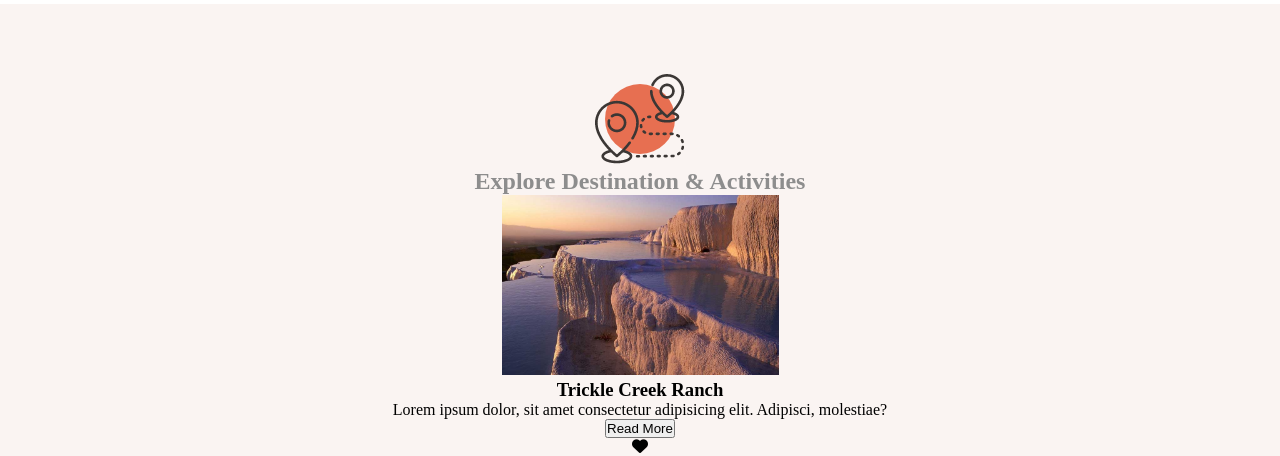
Repository: giahuy405/BC38_Camping_Pham_Gia_Huy
Page: index.html
The author's editor kept a copy of each file at every save. The page is drawn from the files as they stood at one save, then again after the next save.
The browser window is 1280 px wide. The pictures show the part of the page from y = 692 to 1166 px (the page is 1148 px tall before and 1166 px after).

Above is the page before, as saved 2022-09-13 18:59:44.

### index.html
<!DOCTYPE html>
<html lang="en">
<head>
    <meta charset="UTF-8">
    <meta http-equiv="X-UA-Compatible" content="IE=edge">
    <meta name="viewport" content="width=device-width, initial-scale=1.0">
    <title>Document</title>
    <link rel="stylesheet" href="https://cdnjs.cloudflare.com/ajax/libs/font-awesome/6.2.0/css/all.min.css" integrity="sha512-xh6O/CkQoPOWDdYTDqeRdPCVd1SpvCA9XXcUnZS2FmJNp1coAFzvtCN9BmamE+4aHK8yyUHUSCcJHgXloTyT2A==" crossorigin="anonymous" referrerpolicy="no-referrer" />
    <link rel="stylesheet" href="./css/index.css">
</head>
<body>
    <header>
       <div class="header__items">
            <img src="./img/logoicon.png" alt="">
            <nav>
                <ul>
                    <li><a href="#">Home</a></li>
                    <li><a href="#">Services</a></li>
                    <li><a href="#">Destination</a></li>
                    <li><a href="#">Events</a></li>
                    <li><a href="#">Gallery</a></li>
                    <li><a href="#">Contact us</a></li>
                </ul>
            </nav>
       </div>
    </header>
    <section class="carousel">
        <img src="./img/BG.png" alt="">
    </section>
    <section class="service">
        <img src="./img/Group 313.png" alt="">
        <h1>Explore Destination & Activities</h1>
        <div class="service__cards">
            <div class="service__card">
                <div class="service__item">
                    <img src="./img/product1.png" alt="">
                    <h3>Trickle Creek Ranch</h3>
                    <p>Lorem ipsum dolor, sit amet consectetur adipisicing elit. Adipisci, molestiae?</p>
                    <button>Read More</button>
                </div>
                <div class="service__heart">
                    <i class="fa fa-heart"></i>
                </div>
            </div>
            <div class="service__card">

            </div>
            <div class="service__card">

            </div>
            <div class="service__card">

            </div>
        </div>
    </section>
</body>
</html>

### css/index.css
*{
    padding: 0;
    margin: 0;
    box-sizing: border-box;
}
.header__items{
    width: 90%;
    margin: 0 auto;
}
header{
    background-color: #f8e1db;
}
nav{
    margin-top: 10px;
    padding-bottom: 10px;
}
nav ul{
    list-style: none;
}
nav li{
    display: inline;
    margin-right:30px;
}
nav a{
    text-decoration: none;
    color: #43403c;
}
nav a:hover{
    color: rgb(160, 5, 5);
}
.carousel img{
    height: 600px;
    width: 100%;
}
.service{
    text-align: center;
    padding-top: 70px;
    background-color: #faf4f2;
}
.service > h1{
    color: #8d8d8d;
}

After the next save:
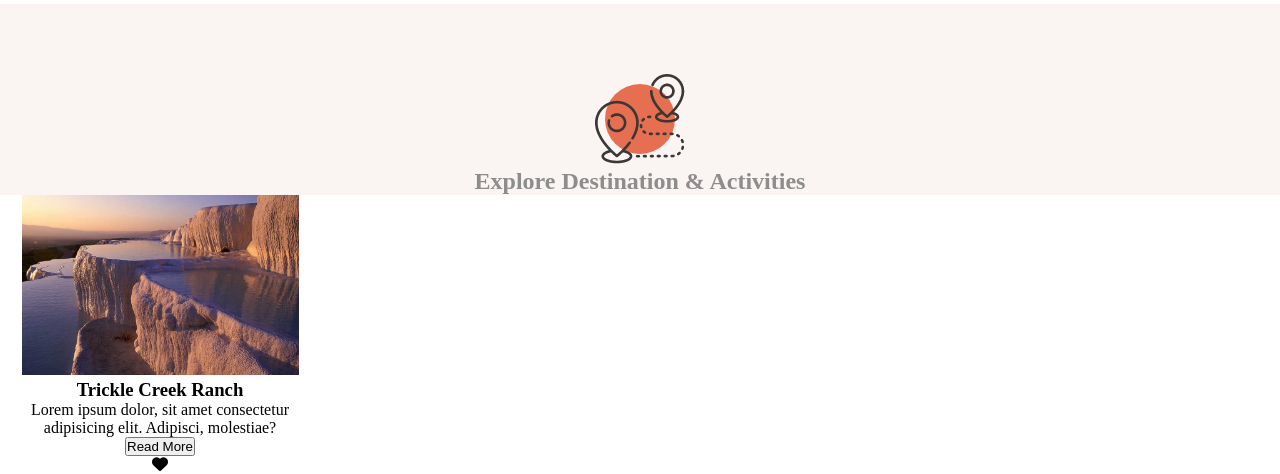
Saved 42 s later.
--- a/css/index.css
+++ b/css/index.css
@@ -28,6 +28,9 @@
 nav a:hover{
     color: rgb(160, 5, 5);
 }
+.clear{
+    clear: both;
+}
 .carousel img{
     height: 600px;
     width: 100%;
@@ -40,3 +43,7 @@
 .service > h1{
     color: #8d8d8d;
 }
+.service__card{
+    float: left;
+    width: 25%;
+}
